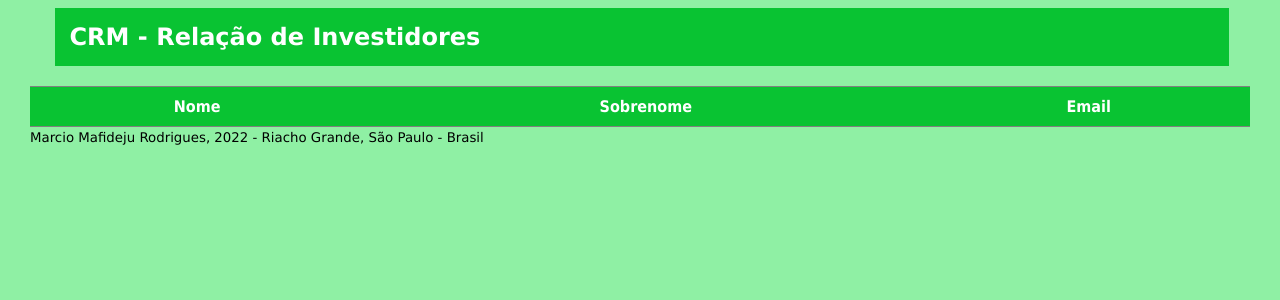
Repository: mafideju/CustomerTracker
Page: http://localhost/web-customer-tracker/WEB-INF/view/list-customers.jsp
The author's editor kept a copy of each file at every save. The page is drawn from the files as they stood at one save, then again after the next save.
The browser window is 1280 px wide. The pictures show the whole page.
The page is served by Tomcat 9. Nobody is signed in. The template is opened directly, without the code that normally fills it, so the values that code supplies are empty.

Above is the page before, as saved 2022-01-21 21:27:03.

After the next save:
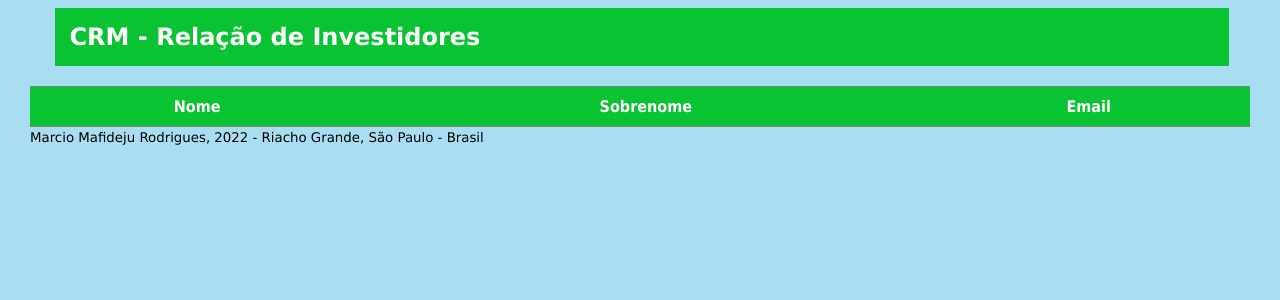
Saved 48 s later.
--- a/web-customer-tracker/WebContent/resources/css/style.css
+++ b/web-customer-tracker/WebContent/resources/css/style.css
@@ -2,7 +2,7 @@ html, body{
 	margin-left:15px; margin-right:15px;
 	padding:0px;
 	font-family:Verdana, Arial, Helvetica, sans-serif;
-	background-color: #8ff0a4;
+	background-color: #a9ddf1;
 }
 
 table {
